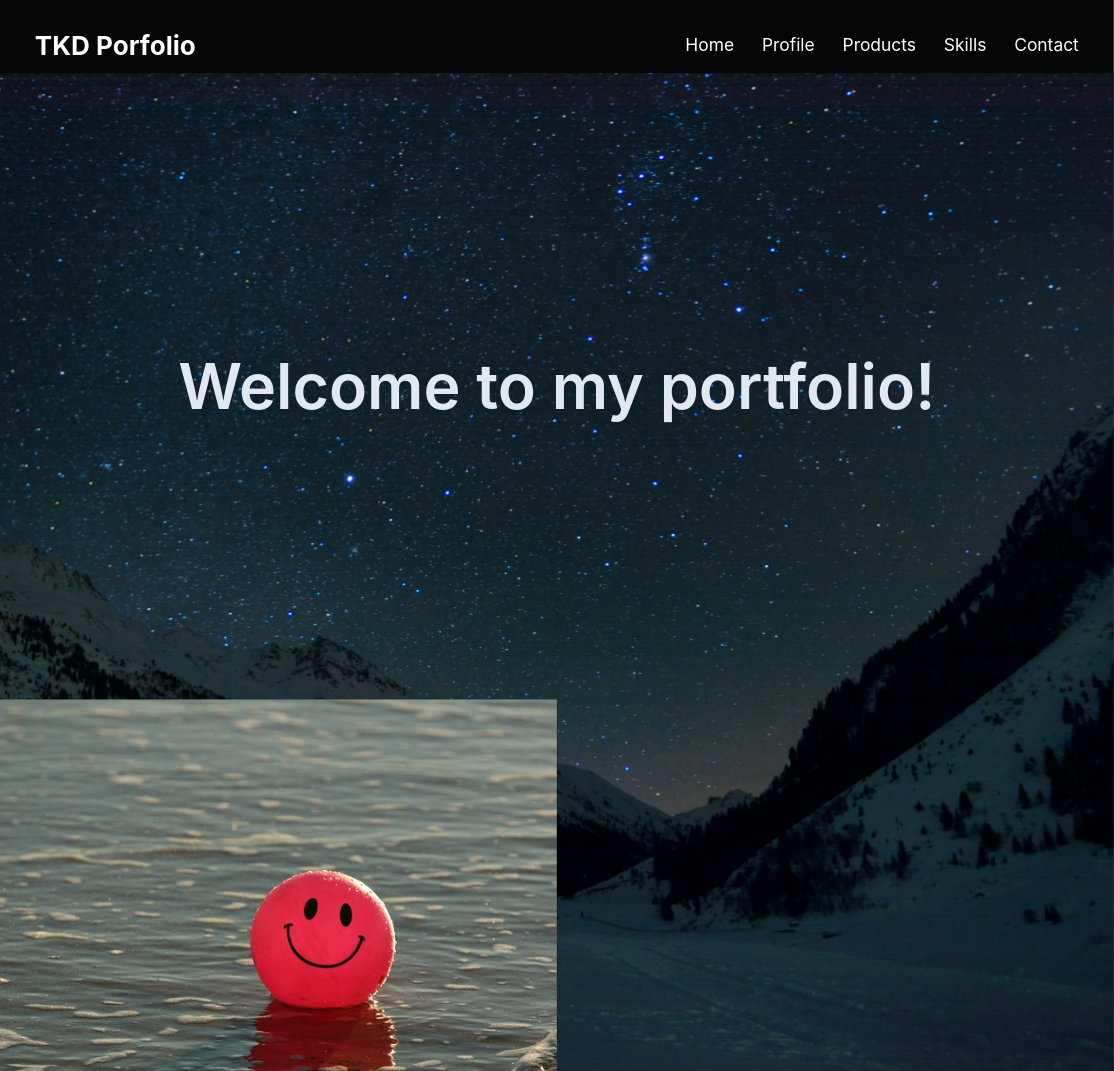
Repository: MitukiTakada/todo-aplication
Page: / (app in design/dev/react-tailwind/react-tailwind/)
An editor plug-in stored every save of this project. The page is shown before and after the next save, followed by the edit.
The browser window is 1280 px wide. The pictures show the whole page, at 87% of full size.
The project was rebuilt for these pictures with package versions that can differ from the ones it lists, and the page was loaded fresh each time. Also part of the build but not shown: design/dev/react-tailwind/react-tailwind/src/components/Contact.jsx, design/dev/react-tailwind/react-tailwind/src/components/Products.jsx, design/dev/react-tailwind/react-tailwind/src/components/Profile.jsx, design/dev/react-tailwind/react-tailwind/src/components/Skills.jsx.

Above is the page before, as saved 2022-11-19 14:46:50.

After the next save:
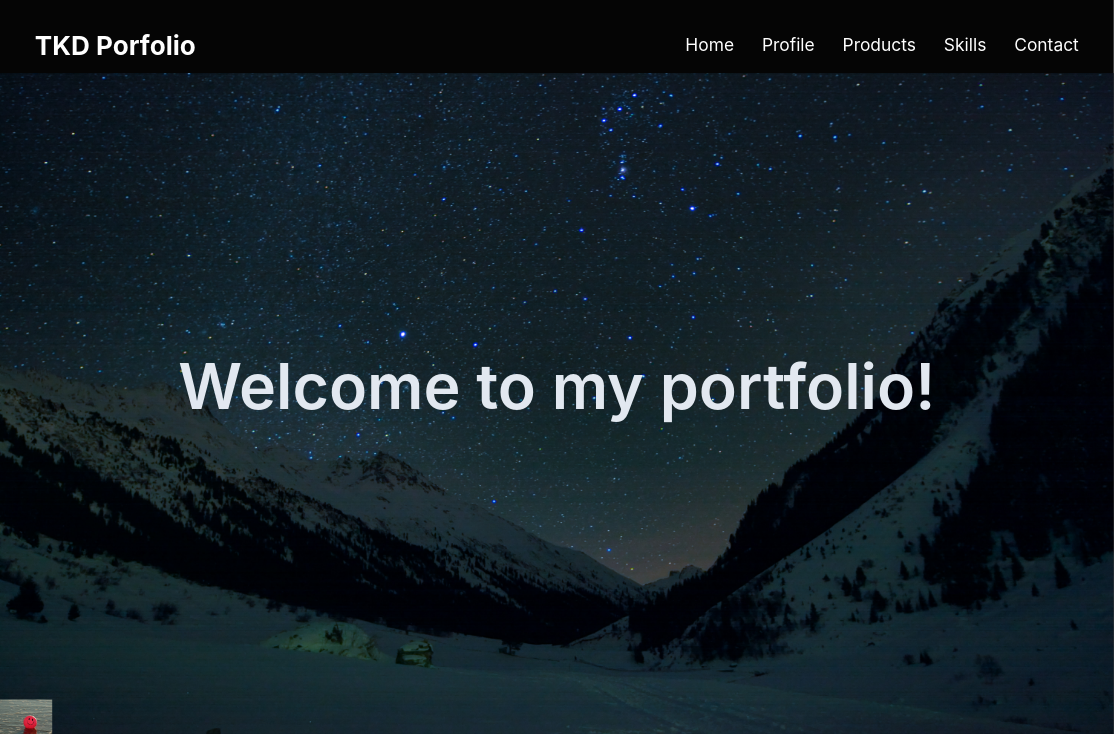
Saved 4 s later.
--- a/design/dev/react-tailwind/react-tailwind/src/components/Home.jsx
+++ b/design/dev/react-tailwind/react-tailwind/src/components/Home.jsx
@@ -10,7 +10,7 @@ const Home = () => {
         <h1 className=" font-semibold text-3xl 100v text-center text-slate-200 lg:text-7xl md:text-5xl">Welcome to my portfolio!</h1>
       </div>
       <div>
-        <img src={userImage} alt="" className=""/>
+        <img src={userImage} alt="" className="h-10"/>
         <p></p>
       </div>
     </div>
